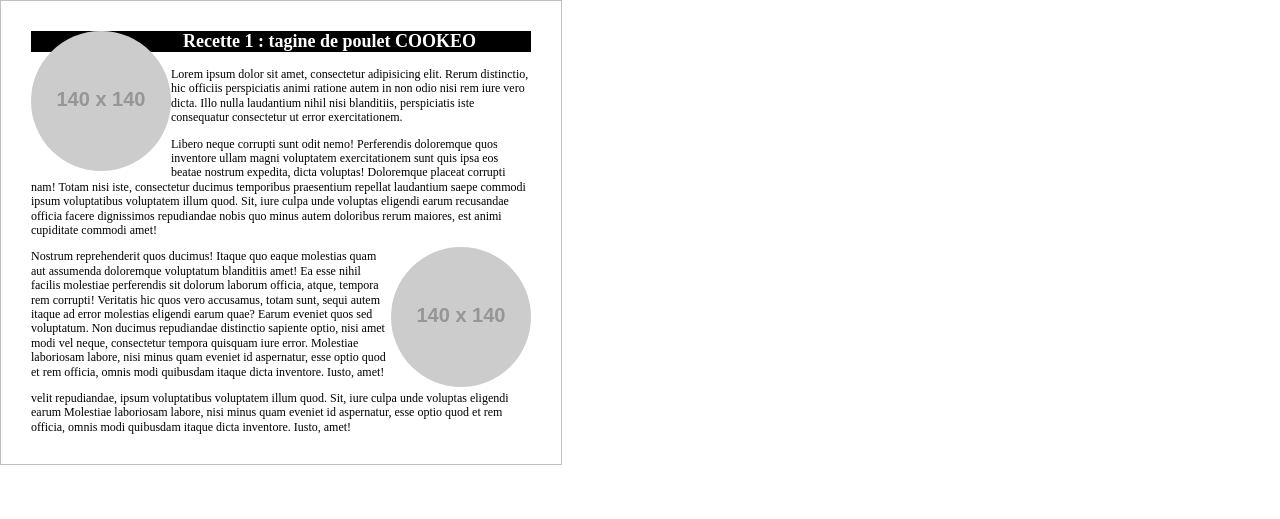
Repository: Luc010/Exercices
Page: HTML CSS/cours/float4.html
The author's editor kept a copy of each file at every save. The page is drawn from the files as they stood at one save, then again after the next save.
The browser window is 1280 px wide. The pictures show the whole page.

Above is the page before, as saved 2019-09-05 12:00:13.

After the next save:
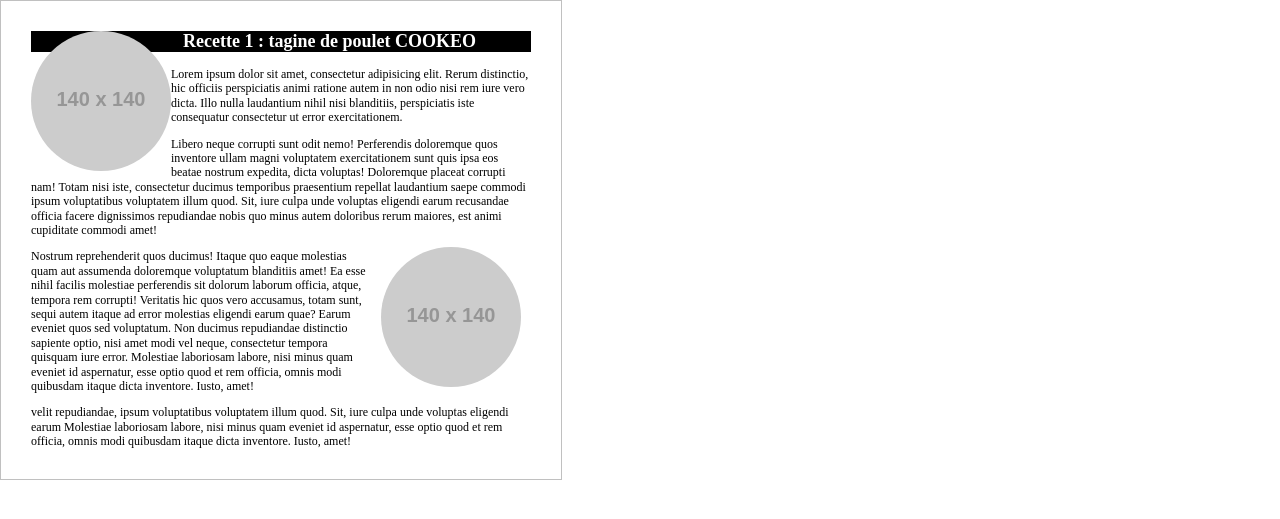
Saved 8 s later.
--- a/HTML CSS/cours/float4.html
+++ b/HTML CSS/cours/float4.html
@@ -53,7 +53,7 @@
                 voluptatibus voluptatem illum quod. Sit, iure culpa unde voluptas eligendi earum recusandae officia
                 facere dignissimos repudiandae nobis quo minus autem doloribus rerum maiores, est animi cupiditate
                 commodi amet! </p>
-            <img src="https://via.placeholder.com/140x140" style="float: right;margin-top: 10px;" >
+            <img src="https://via.placeholder.com/140x140" style="float: right;margin: 10px;" >
             <p>Nostrum reprehenderit quos ducimus! Itaque quo eaque molestias quam aut assumenda doloremque voluptatum
                 blanditiis amet! Ea esse nihil facilis molestiae perferendis sit dolorum laborum officia, atque, tempora
                 rem corrupti! Veritatis hic quos vero accusamus, totam sunt, sequi autem itaque ad error molestias
